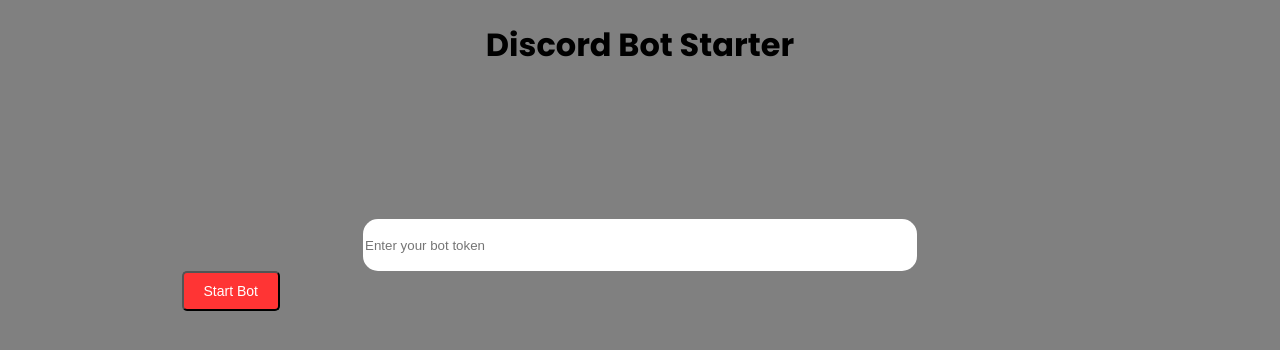
Repository: ranger2202/discord-bot-panel
Page: ranger-bot-runner/app/templates/landing.html
An editor plug-in stored every save of this project. The page is shown before and after a run of saves, followed by the edit.
The browser window is 1280 px wide. The pictures show the whole page.

Above is the page before, as saved 2023-12-30 12:11:08.

After the next 2 saves:
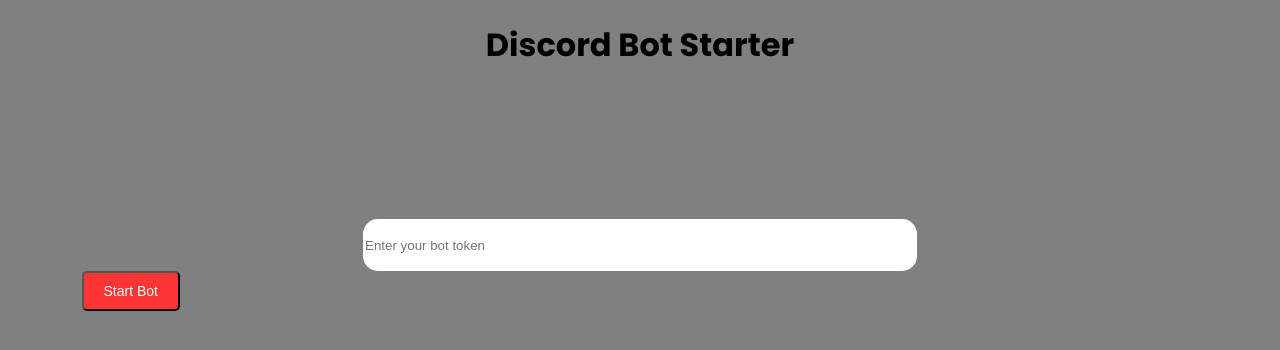
The 2 saves are shown as one change because they came seconds apart.
The last was saved 8 s later.
--- a/ranger-bot-runner/app/static/landing.css
+++ b/ranger-bot-runner/app/static/landing.css
@@ -6,7 +6,7 @@
 }
 .start-button button{
     position: absolute;
-    right: 1000px;
+    right: 1100px;
     display: inline-block;
     padding: 10px 20px;
     font-size: 14px;
